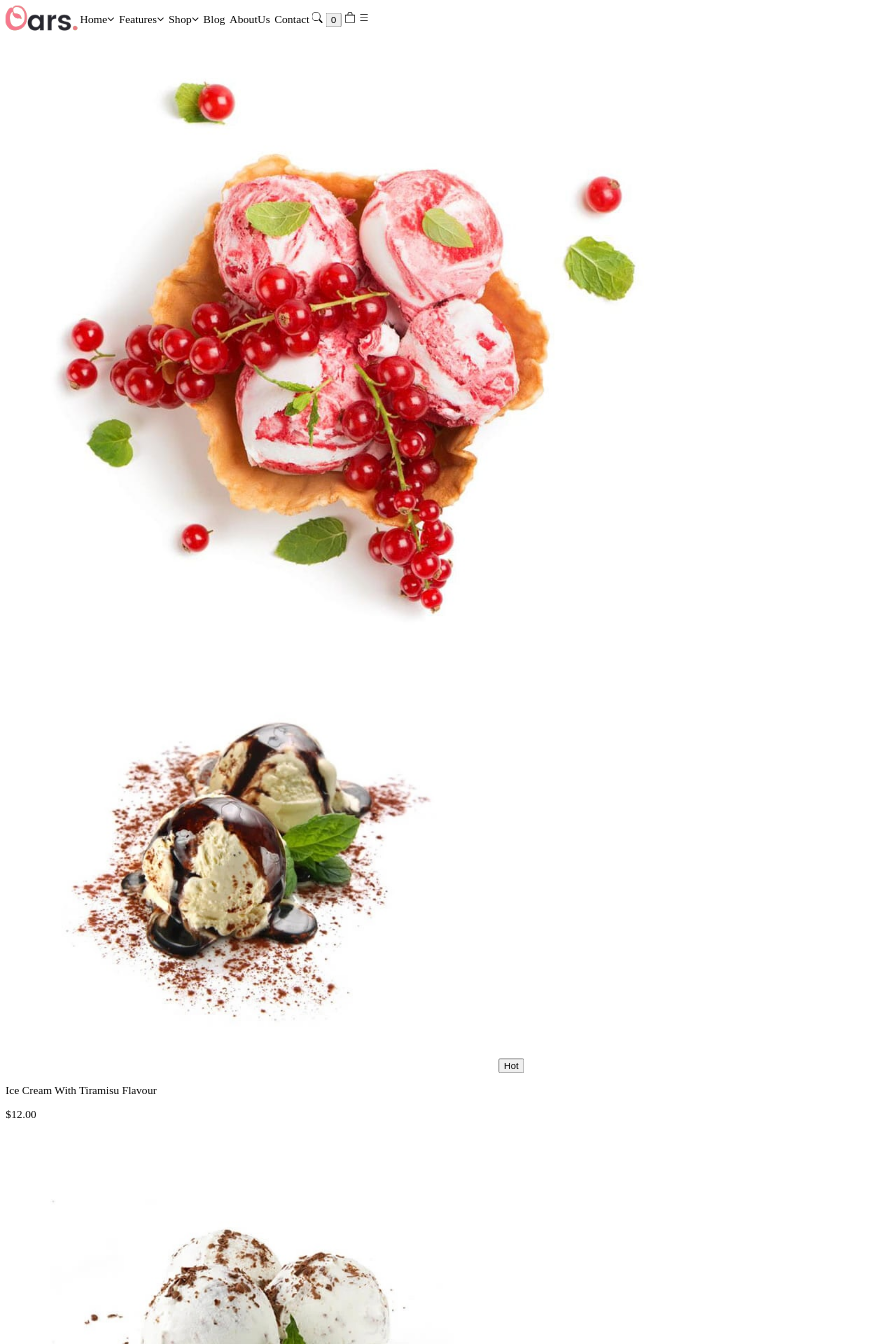
Repository: pradeepi2i/ice-cream
Page: icecream.html
The author's editor kept a copy of each file at every save. The page is drawn from the files as they stood at one save, then again after the next save.
The browser window is 1280 px wide. The pictures show the part of the page from y = 0 to 1920 px (the page is 8871 px tall), at 70% of full size.

Above is the page before, as saved 2022-11-16 13:02:27.

After the next save:
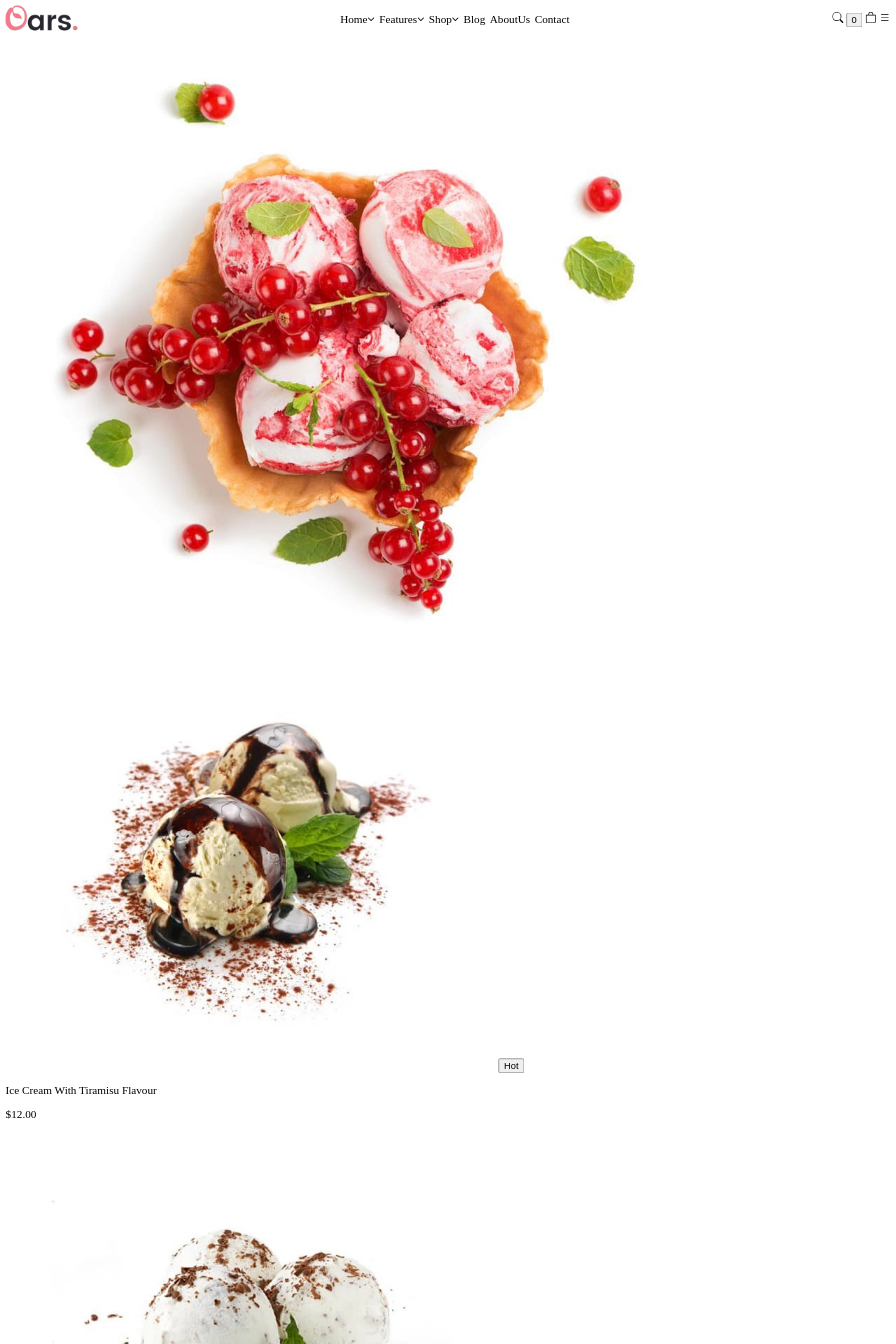
Saved 101 s later.
--- a/css/style.css
+++ b/css/style.css
@@ -1,6 +1,6 @@
 .header {
     display: flex;
-    justify-content: space-b;
+    justify-content: space-between;
     align-items: center;
 }
 .navbar-center {
@@ -8,6 +8,5 @@
     justify-content: center;
 }
 .navigation {
-
     padding: .2rem;
 }
